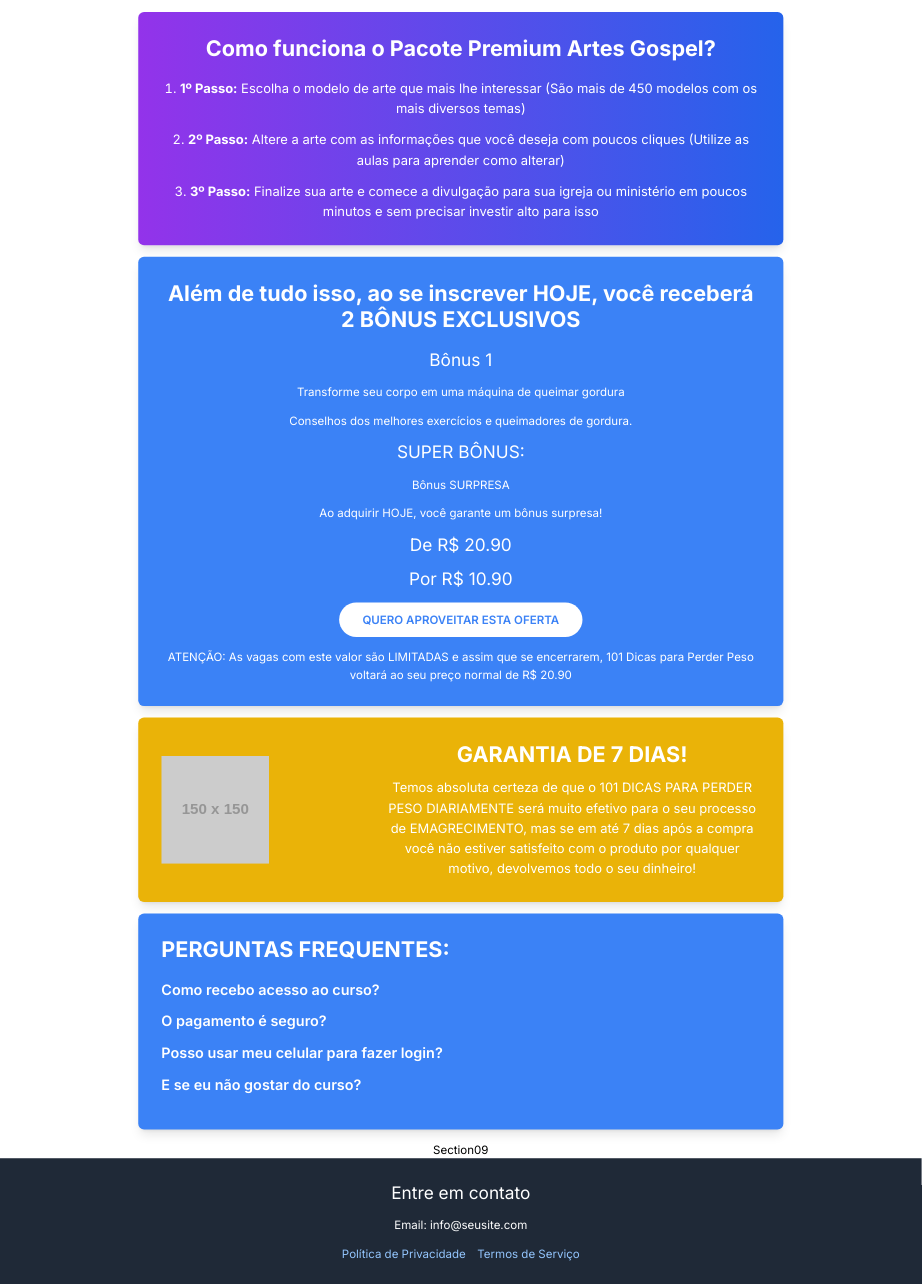
Repository: apreczewski/produtosdigitais
Page: /
The author's editor kept a copy of each file at every save. The page is drawn from the files as they stood at one save, then again after the next save.
The browser window is 1280 px wide. The pictures show the part of the page from y = 1884 to 3668 px (the page is 3668 px tall), at 72% of full size.
The project was rebuilt for these pictures with package versions that can differ from the ones it lists, and the page was loaded fresh each time. The framework's server and built-in components were replaced by stand-ins that run in the browser. Also part of the build but not shown: next.config.js, webpack.config.js.

Above is the page before, as saved 2023-07-27 18:37:16.

After the next save:
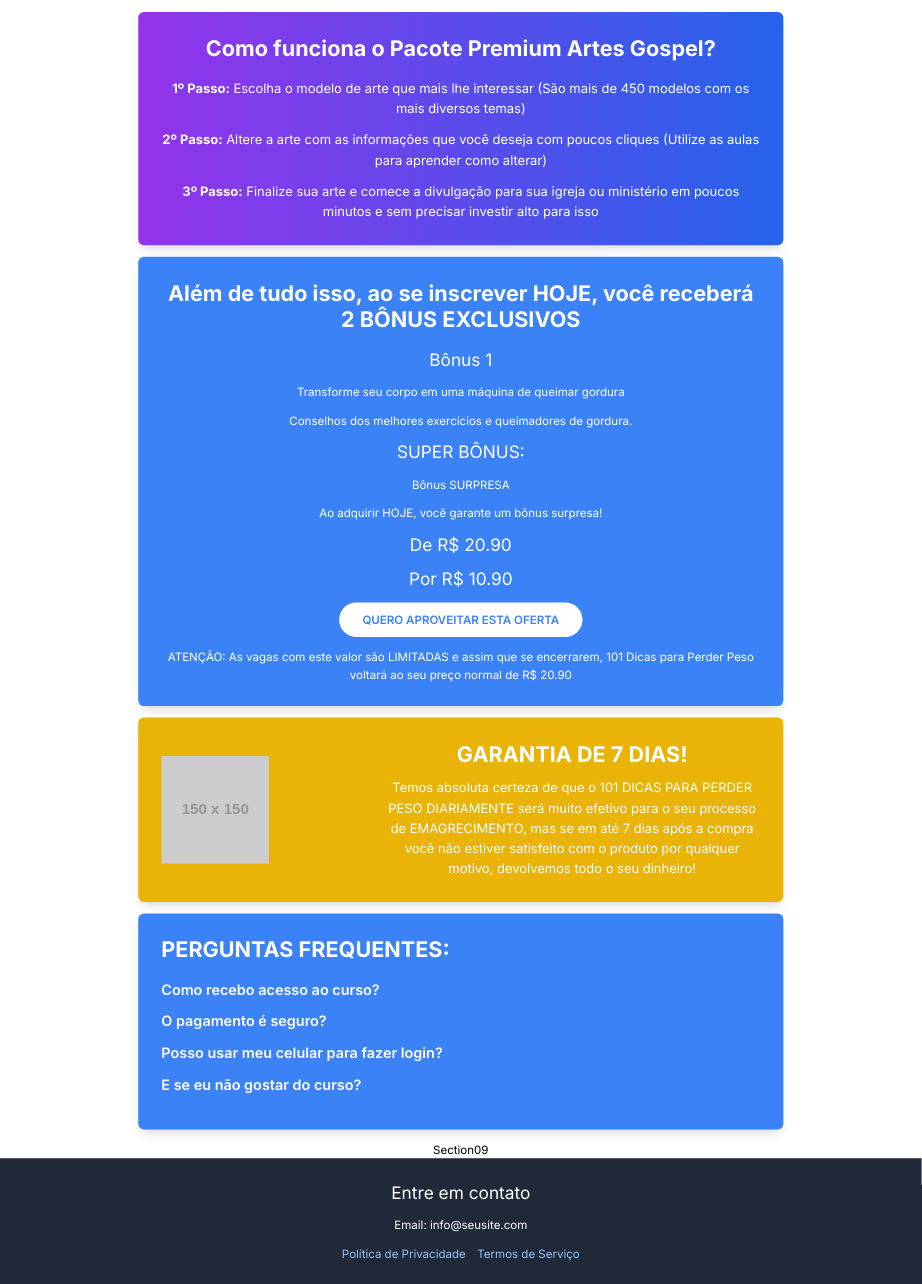
Saved 54 s later.
--- a/src/app/receitasfitness/Section05/index.tsx
+++ b/src/app/receitasfitness/Section05/index.tsx
@@ -6,7 +6,7 @@
       <h2 className="text-3xl font-bold mb-6">
         Como funciona o Pacote Premium Artes Gospel?
       </h2>
-      <ol className="list-decimal list-inside space-y-4 text-lg">
+      <ol className="list-decimal list-inside space-y-4 list-none text-lg">
         <li>
           <strong className="text-white">1º Passo:</strong> Escolha o modelo de
           arte que mais lhe interessar (São mais de 450 modelos com os mais
